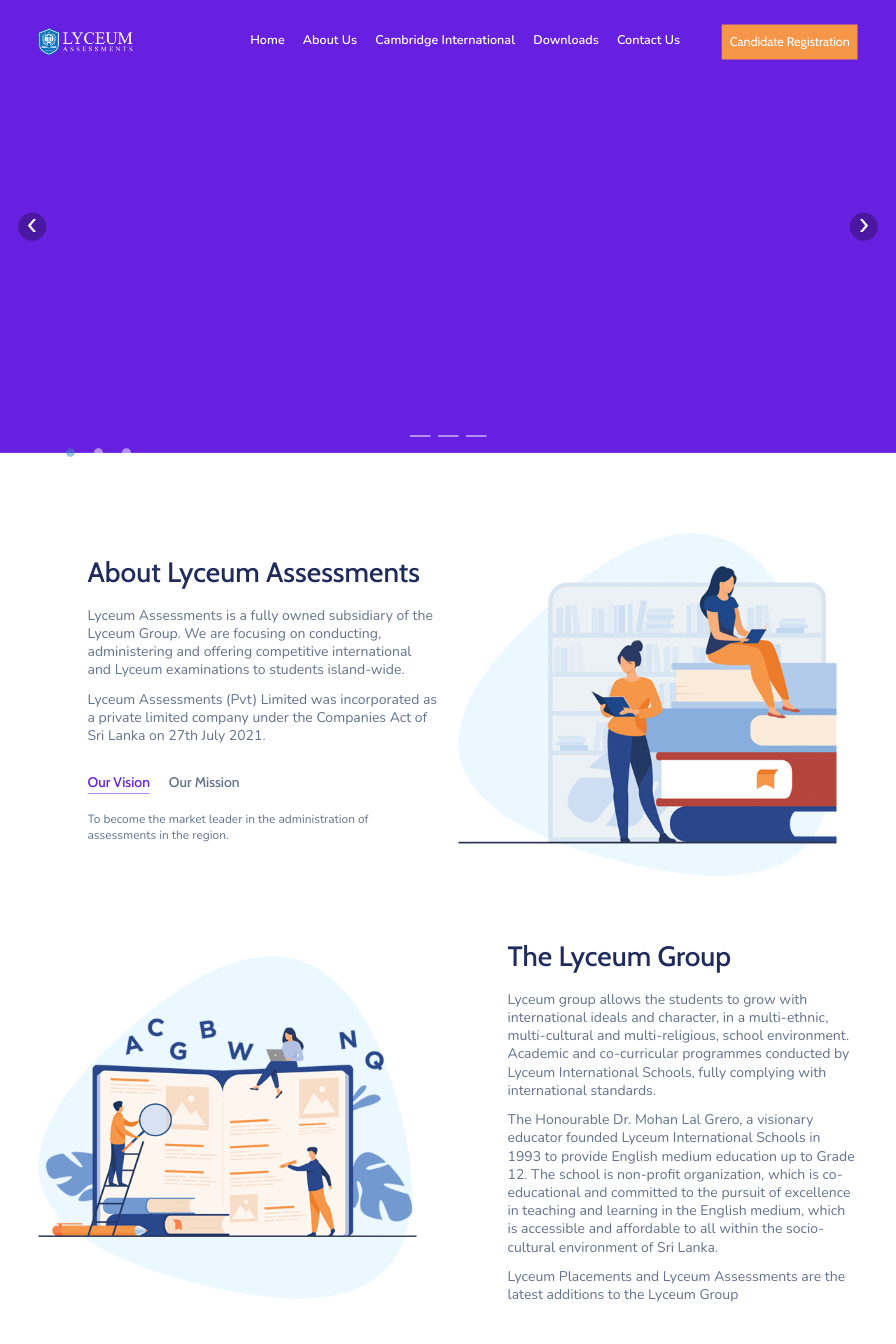
Repository: AXUSLK/LyceumAssessments-HTML
Page: index.html
These files come from the project's save history. The page is drawn as it stood at one moment and after the next save; the edit follows.
The browser window is 1280 px wide. The pictures show the part of the page from y = 0 to 1920 px (the page is 4886 px tall), at 70% of full size.
Some web libraries are served in a nearby version.

Above is the page before, as saved 2022-01-31 17:06:17.

### index.html
<!DOCTYPE html>
<html lang="en">

<head>
	<!-- set the encoding of your site -->
	<meta charset="utf-8">
	<meta name="viewport" content="width=device-width, initial-scale=1.0">
	<!-- set the page title -->
	<title>Lyceum Assessments is a fully owned subsidiary of the Lyceum Group.</title>
	<!-- inlcude google cabin font cdn link -->
	<link
		href="https://fonts.googleapis.com/css2?family=Cabin:ital,wght@0,400;0,500;0,600;0,700;1,400;1,500;1,600;1,700&display=swap"
		rel="stylesheet">
	<!-- inlcude google nunito font cdn link -->
	<link
		href="https://fonts.googleapis.com/css2?family=Nunito:ital,wght@0,300;0,400;0,600;0,700;1,300;1,400;1,600;1,700&display=swap"
		rel="stylesheet">
	<!-- include the site bootstrap stylesheet -->
	<link rel="stylesheet" href="css/bootstrap.css">
	<!-- include the site stylesheet -->
	<link rel="stylesheet" href="style.css">
	<!-- include theme color setting stylesheet -->
	<link rel="stylesheet" href="css/colors.css">
	<!-- include the site responsive stylesheet -->
	<link rel="stylesheet" href="css/responsive.css">
</head>

<body>

	<!-- pageWrapper -->
	<div id="pageWrapper">
		<div class="phStickyWrap">

			<!-- pageHeader -->
			<header id="pageHeader" class="w-100 headerFixer">
				<div class="container">
					<!-- hdHolder -->
					<div class="hdHolder position-relative pt-2 pb-2 pt-lg-4 pb-lg-4 pt-xl-7 pb-xl-7">
						<div class="row">
							<div class="col-4 col-md-2">
								<!-- logo -->
								<div class="logo mt-1">
									<a href="javascript:void(0);">
										<img src="images/LYA__LOGO.png" class="img-fluid" alt="">
									</a>
								</div>
							</div>
							<div class="col-8 col-md-10 position-static">
								<!-- pageNav -->
								<nav id="pageNav"
									class="navbar navbar-expand-md navbar-dark justify-content-end p-0 align-items-start position-static">
									<!-- pageMainNavCollapse -->
									<div class="collapse navbar-collapse pageMainNavCollapse justify-content-end"
										id="pageMainNavCollapse">
										<!-- mainNavigation -->
										<ul class="navbar-nav mainNavigation fwSemi pt-md-2">
											<li class="nav-item">
												<a class="nav-link" href="#pageWrapper">Home <span
														class="sr-only">(current)</span></a>
												</a>
											</li>
											<li class="nav-item">
												<a class="nav-link" href="#scrollToAbout">About Us</a>
												</a>
											</li>
											<li class="nav-item">
												<a class="nav-link" href="#scrollToCambridge">Cambridge
													International</a>
												</a>
											</li>
											<li class="nav-item">
												<a class="nav-link" href="#scrollToDownloads">Downloads</a>
												</a>
											</li>
											<li class="nav-item">
												<a class="nav-link" href="#scrollToContact">Contact Us</a>
												</a>
											</li>
										</ul>
									</div>
									<!-- hdBtn -->
									<a href="javascript:void(0);"
										class="btn btn-info font-weight-normal text-capitalize hdBtn ml-md-3 ml-md-6 ml-lg-12 position-relative border-0 p-0"
										data-hover="Get Started">
										<span class="d-block btnText">Candidate Registration </span>
									</a>
									<!-- pageNavOpener -->
									<button class="navbar-toggler pageNavOpener ml-3" type="button"
										data-toggle="collapse" data-target="#pageMainNavCollapse"
										aria-controls="pageMainNavCollapse" aria-expanded="false"
										aria-label="Toggle navigation">
										<span class="navbar-toggler-icon"></span>
									</button>
								</nav>
							</div>
						</div>
					</div>
				</div>
			</header>
		</div>

		<main>

			<!-- Header -->
			<section class="introBlock d-flex w-100 position-relative text-white bg-secondary">
				<div class="carousel">
					<div class="carousel-inner">
						<input class="carousel-open" type="radio" id="carousel-1" name="carousel" aria-hidden="true"
							hidden="" checked="checked">
						<div class="carousel-item">
							<img src="./images/1.jpg">
						</div>
						<input class="carousel-open" type="radio" id="carousel-2" name="carousel" aria-hidden="true"
							hidden="">
						<div class="carousel-item">
							<img src="http://fakeimg.pl/2000x800/DA5930/fff/?text=JavaScript">
						</div>
						<input class="carousel-open" type="radio" id="carousel-3" name="carousel" aria-hidden="true"
							hidden="">
						<div class="carousel-item">
							<img src="http://fakeimg.pl/2000x800/F90/fff/?text=Carousel">
						</div>
						<label for="carousel-3" class="carousel-control prev control-1">‹</label>
						<label for="carousel-2" class="carousel-control next control-1">›</label>
						<label for="carousel-1" class="carousel-control prev control-2">‹</label>
						<label for="carousel-3" class="carousel-control next control-2">›</label>
						<label for="carousel-2" class="carousel-control prev control-3">‹</label>
						<label for="carousel-1" class="carousel-control next control-3">›</label>
						<ol class="carousel-indicators">
							<li>
								<label for="carousel-1" class="carousel-bullet">•</label>
							</li>
							<li>
								<label for="carousel-2" class="carousel-bullet">•</label>
							</li>
							<li>
								<label for="carousel-3" class="carousel-bullet">•</label>
							</li>
						</ol>
					</div>
				</div>
			</section>

			<!-- About -->
			<div id="scrollToAbout" class="mt-md-n12 mt-lg-n14 pt-md-12 pt-lg-14">
				<!-- featureBlock -->
				<section class="featureBlock pt-8 pt-md-13 pt-lg-19 pt-xl-23">
					<div class="container">
						<!-- afColumn -->
						<article class="afColumn mb-7 mb-md-11 mb-lg-18">
							<div class="row align-items-center">
								<div class="col-12 col-md-6 wow slideInRight">
									<div class="extraWrap pl-md-7 pl-lg-14">
										<!-- titleWrap -->
										<header class="titleWrap">
											<h3 class="mb-5">About Lyceum Assessments</h3>
											<p>Lyceum Assessments is a fully owned subsidiary of the Lyceum Group. We
												are focusing on
												conducting, administering and offering competitive international and
												Lyceum examinations to
												students island-wide.
											</p>
											<p>
												Lyceum Assessments (Pvt) Limited was incorporated as a private limited
												company under the
												Companies Act of Sri Lanka on 27th July 2021.</p>
										</header>
										<!-- afTabsList -->
										<ul class="nav nav-tabs afTabsList border-0 fontAlter fwMedium mt-8" id="myTab"
											role="tablist">
											<li class="nav-item" role="presentation">
												<a class="nav-link active" id="analytics-tab" data-toggle="tab"
													href="#analytics" role="tab" aria-controls="analytics"
													aria-selected="true">Our Vision</a>
												</a>
											</li>
											<li class="nav-item" role="presentation">
												<a class="nav-link" id="traffic-tab" data-toggle="tab" href="#traffic"
													role="tab" aria-controls="traffic" aria-selected="false">Our
													Mission</a>
												</a>
											</li>
										</ul>
										<!-- myTabContent -->
										<div class="tab-content" id="myTabContent">
											<div class="tab-pane fade show active" id="analytics" role="tabpanel"
												aria-labelledby="analytics-tab">
												<div class="mtctWrap overflow-hidden pt-5">
													<p>To become the market leader in the administration of assessments
														in the region.</p>
												</div>
											</div>
											<div class="tab-pane fade" id="traffic" role="tabpanel"
												aria-labelledby="traffic-tab">
												<div class="mtctWrap overflow-hidden pt-5">
													<p>To provide the expertise required to assess learning at different
														levels of education by making
														globally recognized awards and qualifications accessible &
														affordable to all while ensuring
														international quality standards.</p>
												</div>
											</div>
										</div>
									</div>
								</div>

								<div class="col-12 col-md-6 wow slideInLeft">
									<!-- imgHolder -->
									<div class="imgHolder position-relative mx-auto mb-4 mb-md-0">
										<img src="./images/about.png" class="img-fluid" alt="image description">
										<!-- bgPattern -->
										<span class="bgPattern position-absolute"
											style="background-image: url(images/bgShapes03.png);"></span>
									</div>
								</div>
							</div>
						</article>
					</div>
				</section>
			</div>

			<!-- allFeatBlock -->
			<section id="" class="allFeatBlock pb-3 pb-lg-10 pb-xl-14">
				<div class="container">
					<!-- afColumnsWrap -->
					<div class="afColumnsWrap">
						<!-- afColumn -->
						<article class="afColumn mb-7 mb-md-11 mb-lg-18">
							<div class="row align-items-center">
								<div class="col-12 col-md-6 wow slideInLeft">
									<!-- imgHolder -->
									<div class="imgHolder position-relative mx-auto mb-4 mb-md-0">
										<img src="./images/lyceum_group.png" class="img-fluid" alt="image description">
										<!-- bgPattern -->
										<span class="bgPattern position-absolute"
											style="background-image: url(images/bgShapes03.png);"></span>
									</div>
								</div>
								<div class="col-12 col-md-6 wow slideInRight">
									<div class="extraWrap pl-md-7 pl-lg-14">
										<!-- titleWrap -->
										<header class="titleWrap">
											<h3 class="mb-5">The Lyceum Group</h3>


											<p>Lyceum group allows the students to grow with international ideals and
												character, in a multi-ethnic, multi-cultural and multi-religious, school
												environment. Academic and co-curricular programmes conducted by Lyceum
												International Schools, fully complying with international standards.</p>
											<p>The Honourable Dr. Mohan Lal Grero, a visionary educator founded Lyceum
												International Schools in 1993 to provide English medium education up to
												Grade 12. The school is non-profit organization, which is co-educational
												and
												committed to the pursuit of excellence in teaching and learning in the
												English medium, which is accessible and affordable to all within the
												socio-cultural environment of Sri Lanka.</p>
											<p>Lyceum Placements and Lyceum Assessments are the latest additions to the
												Lyceum Group</p>
										</header>
									</div>
								</div>
							</div>
						</article>
						<!-- afColumn -->
						<article class="afColumn mb-7 mb-md-11 mb-lg-18">
							<div class="row align-items-center">
								<div class="col-12 col-md-6 wow slideInLeft">
									<!-- imgHolder -->
									<div class="imgHolder position-relative mx-auto mb-4 mb-md-0">
										<img src="./images/cambridge.png" class="img-fluid" alt="image description">
										<!-- bgPattern -->
										<span class="bgPattern position-absolute"
											style="background-image: url(images/bgShapes03.png);"></span>
									</div>
								</div>
								<div class="col-12 col-md-6 wow slideInRight">
									<div class="extraWrap pr-md-7 pr-lg-14">
										<!-- titleWrap -->
										<header class="titleWrap">
											<h3 class="mb-5">Cambridge International Examinations</h3>
											<p>
											<p>Cambridge Assessment International Education prepares school students for
												life, helping them develop an informed curiosity and a lasting passion
												for learning.</p>
											<p>Cambridge international qualifications are recognized by the
												world&rsquo;s best universities and employers, giving students a wide
												range of options in their education and career. As a not-for-profit
												organization, Cambridge devotes their resources to delivering
												high-quality educational programs that can unlock learners' potential.
											</p>
											</p>
										</header>

									</div>
								</div>
							</div>
						</article>
					</div>
				</div>
			</section>

			<!-- tryPetAside -->
			<aside class="tryPetAside text-center text-white py-5 py-lg-8 wow pulse">
				<div class="container">
					<p class="mb-0">Register Now <a href="javascript:void(0);"
							class="btn btnWhite mt-3 mt-md-0 mx-md-4 mx-lg-10 btnMin p-0 border-0 position-relative"
							data-hover="Try it"><span class="d-block btnText">Candidate Registration</span></a></p>
				</div>
			</aside>

			<div id="scrollToCambridge" class="mt-md-n12 mt-lg-n14 pt-md-12 pt-lg-14 wow fadeIn" data-wow-delay="1s">
				<!-- testimonialsBlock -->
				<article
					class="testimonialsBlock bg-light pt-7 pb-5 pt-md-9 pb-md-7 pt-lg-14 pb-lg-12 pt-xl-21 pb-xl-19">
					<div class="container">
						<header class="text-center mb-8">
							<h2 class="h4 font-weight-normal">Candidate
								Registration System</h2>
						</header>
						<div class="row">
							<div class="col-12">
								<!-- quotesSlider -->

								<div>
									<p class="clientQuote fontAlter text-primary">
										Cambridge
										Assessment International Education Examinations registration for the
										session May/June
										2022 is now live. Please complete your online registration
										process.</p>
									<!-- clientQuote -->

									<p class="clientQuote fontAlter text-primary pt-5">
										Lyceum Assessments deadlines for Cambridge International May/June 2022 exams
										session</p>

								</div>

							</div>
						</div>
						<div class="row">
							<div class="col-md-2"></div>
							<div class="col-md-8">
								<table class="infoTable">
									<tbody>
										<tr>
											<th width="298">
												<p><strong>Key dates</strong></p>
											</th>
											<th width="234">
												<p><strong>The year 2022</strong></p>
											</th>
										</tr>
										<tr>
											<td width="298">
												<p>Normal Registration Period (Final Entry)</p>
											</td>
											<td width="234">
												<p>02nd February - 14th February</p>
											</td>
										</tr>
										<tr>
											<td width="298">
												<p>Late Penalty Registration Period</p>
											</td>
											<td width="234">
												<p>15th February &ndash; 11th April</p>
											</td>
										</tr>
										<tr>
											<td width="298">
												<p>Very Late Penalty Registration Period</p>
											</td>
											<td width="234">
												<p>12th April onwards</p>
											</td>
										</tr>
										<tr>
											<td width="298">
												<p>Timetabled Exam Period</p>
											</td>
											<td width="234">
												<p>25 April - 10 June</p>
											</td>
										</tr>
									</tbody>
								</table>
							</div>
							<div class="col-md-2"></div>

						</div>
						<p>&nbsp;</p>
						<p class="clientQuote fontAlter text-primary">Candidates are requested to take note of the
							registration deadline.
							Registration
							is completed once you submit the application and completed the relevant
							payment.
						</p>

						<p class="clientQuote fontAlter text-primary">Any payments made after the deadline will be
							treated as late and subjected to
							the
							appropriate extra late fee.</p>

					</div>
				</article>
			</div>

			<!-- allFeatBlock -->
			<section id="scrollToDownloads" class="allFeatBlock pb-3 pb-lg-10 pb-xl-14">
				<div class="container">
					<!-- afColumnsWrap -->
					<div class="afColumnsWrap">
						<!-- afColumn -->
						<article class="afColumn mb-7 mb-md-11 mb-lg-18">
							<div class="row align-items-center">
								<div class="col-12 col-md-6 wow slideInLeft">
									<!-- imgHolder -->
									<div class="imgHolder position-relative mx-auto mb-4 mb-md-0">
										<img src="./images/download.png" class="img-fluid" alt="image description">
										<!-- bgPattern -->
										<span class="bgPattern position-absolute"
											style="background-image: url(images/bgShapes03.png);"></span>
									</div>
								</div>
								<div class="col-12 col-md-6 wow slideInRight">
									<div class="extraWrap pr-md-7 pr-lg-14">
										<!-- titleWrap -->
										<header class="titleWrap">
											<h3 class="mb-5">Download Materials</h3>
											<ul class="list-unstyled tickList mt-7">
												<a href="" target="_blank">
													<li>June 2022 Time Table (Zone-4)
												</a></li>
												<a href="" target="_blank">
													<li>Fees Structure
												</a></li>
												<a href="" target="_blank">
													<li>Cambridge International AS & A Level syllabuses
												</a></li>
												<a href="" target="_blank">
													<li>Cambridge International O Level syllabus
												</a></li>
												<a href="" target="_blank">
													<li>Cambridge IGCSE syllabus
												</a></li>
												<a href="" target="_blank">
													<li>Lyceum Assessments Refund Policy
												</a></li>
												<a href="" target="_blank">
													<li>Lyceum Assessments Refund Form
												</a></li>
												<a href="" target="_blank">
													<li>Subject Entry Amendments Form
												</a></li>
												<a href="" target="_blank">
													<li>Data Entry Amendments Form
												</a></li>
												<a href="" target="_blank">
													<li>Easy Step Guide – School Candidate Below 18
												</a></li>
												<a href="" target="_blank">
													<li>Easy Step Guide – School Candidate above 18
												</a></li>
												<a href="" target="_blank">
													<li>Very Late Registrations Application
												</a></li>

											</ul>
										</header>

									</div>
								</div>
							</div>
						</article>
					</div>
				</div>
			</section>


		</main>

		<!-- Footer -->
		<div class="ftAreaWrap bg-primary text-gray777fa1 wow fadeIn" data-wow-delay="0.5s">
			<!-- footerAside -->
			<aside id="scrollToContact"
				class="footerAside pt-20 pt-md-10 pt-lg-16 pb-1 pb-md-4 position-relative text-center text-sm-left">
				<div class="centerDivItem">
					<!-- ftLogo -->
					<div class="ftLogo mb-6 mx-auto mx-md-0 ">
						<a href="javascript:void(0);">
							<img src="images/LYA__LOGO.png" class="img-fluid " alt="">
						</a>

						<address class="ftAddress text-center pt-5 text-md-left mb-6 mt-6 mt-md-0">3/1, Raymond
							Road,
							Nugegoda, Sri Lanka</address>

						<address class="ftAddress text-center text-md-left mb-6 mt-6 mt-md-0">
							info_assessments@lyceum.lk</address>
					</div>

					<!-- ftAddress -->

				</div>
			</aside>
			<!-- pageFooter -->
			<footer id="pageFooter" class="text-center fontAlter">
				<div class="container">
					<!-- pfHolder -->
					<div class="pfHolder pt-md-10 pt-sm-35 pt-7 pb-5">
						<p>Copyright © 2022 Lyceum Assessments All Rights
							Reserved. Concept Designed and Developed by
							<a target="_blank" href="https://zuse.lk/">ZUSE
								Technologies.</a>
						</p>
					</div>
				</div>
			</footer>
		</div>

	</div>
	<!-- include jQuery library -->
	<script src="js/jquery-3.4.1.min.js"></script>
	<!-- include bootstrap popper JavaScript -->
	<script src="js/popper.min.js"></script>
	<!-- include bootstrap JavaScript -->
	<script src="js/bootstrap.min.js"></script>
	<!-- include custom JavaScript -->
	<script src="js/jqueryCustom.js"></script>
	<!-- include fontAwesome -->
	<script src="https://kit.fontawesome.com/391f644c42.js"></script>
</body>

</html>

### css/colors.css
.btnTheme .btnText,
#pageHeader.fixedPosition,
.featColumn:before,
.tryPetAside,
.ftSocialNetworks > li > a:hover {
	background-color: #29478b;
}

.btnTheme:before,
.afDefList .icn,
.afTabsList .nav-link.active,
.clientQuote q:before,
.tickList > li:before {
	color: #6720df;
}

.btnTheme:before,
.btnTheme .btnText,
.afTabsList .nav-link.active {
	border-color: #6720df;
}

Loaded but not shown: css/bootstrap.css (library); js/jquery-3.4.1.min.js (library); js/popper.min.js (library); js/bootstrap.min.js (library); js/jqueryCustom.js (771 lines, source omitted); style.css (4901 lines, source omitted); css/responsive.css (209 lines, source omitted)

After the next save:
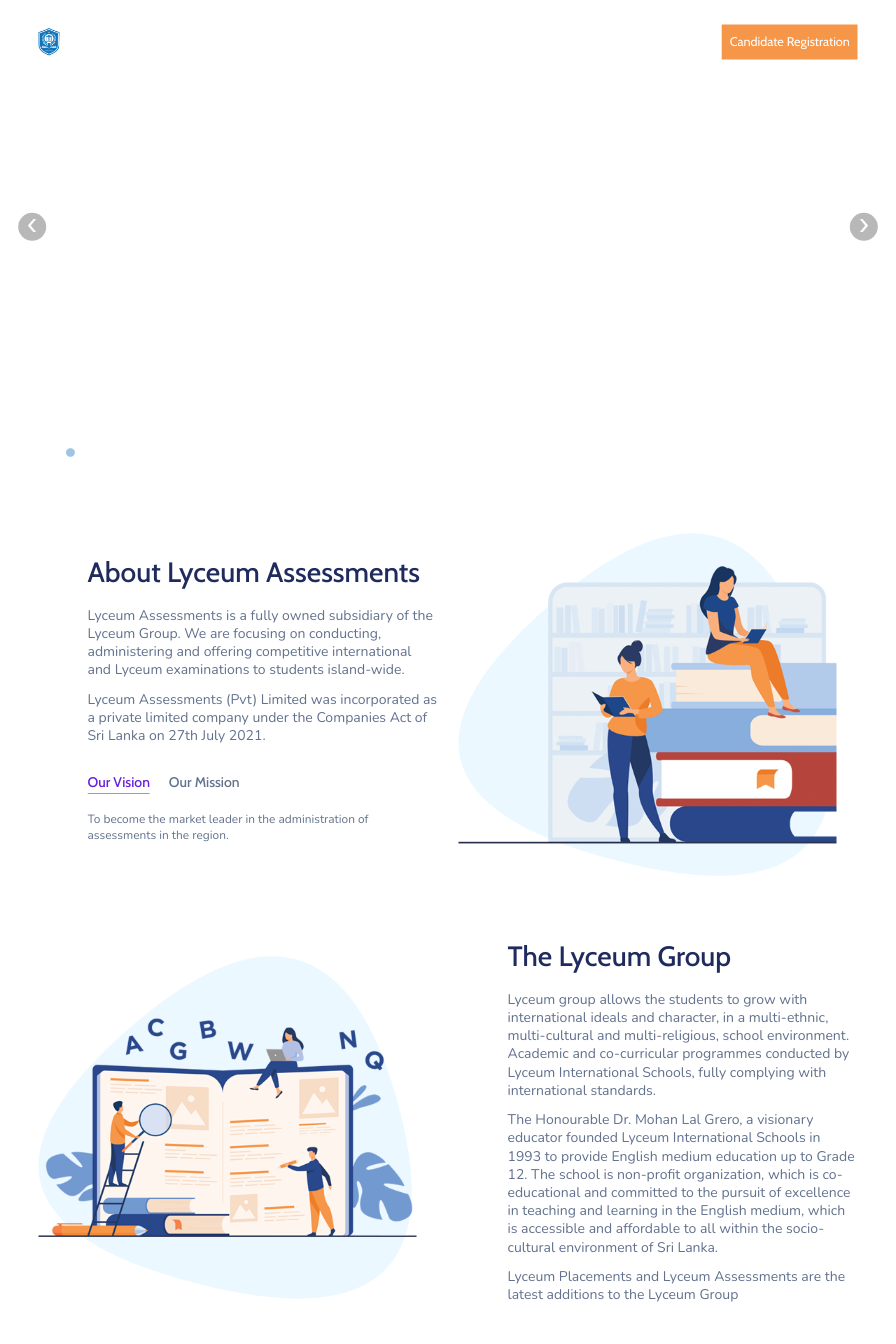
Saved 6 s later.
--- a/index.html
+++ b/index.html
@@ -102,7 +102,7 @@
 		<main>
 
 			<!-- Header -->
-			<section class="introBlock d-flex w-100 position-relative text-white bg-secondary">
+			<section class="introBlock d-flex w-100 position-relative text-white ">
 				<div class="carousel">
 					<div class="carousel-inner">
 						<input class="carousel-open" type="radio" id="carousel-1" name="carousel" aria-hidden="true"
